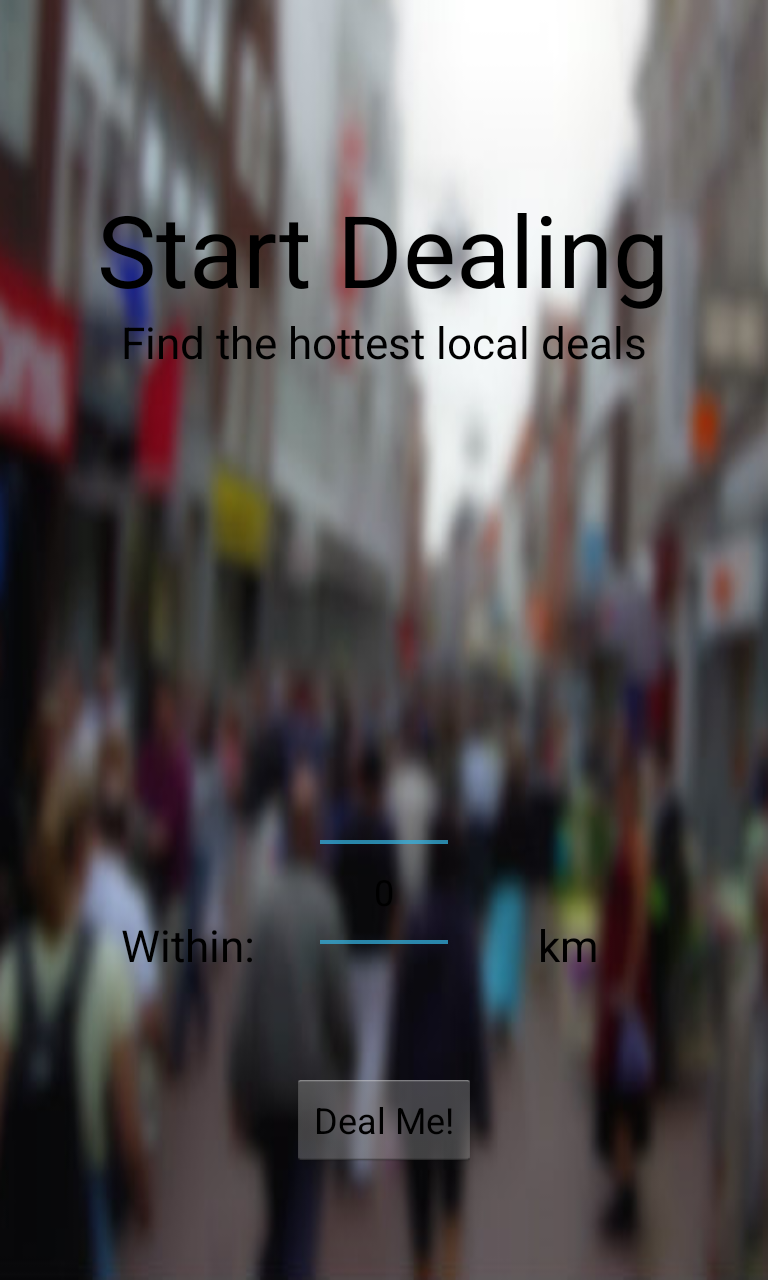
Repository: vmathur/mchacks
Layout: mobile/DealMe/res/layout/activity_main.xml
An editor plug-in stored every save of this project. The layout is shown before and after the next save, followed by the edit.
It is drawn on a 768 x 1280 px phone screen (xhdpi) without system bars, with theme AppTheme; the app's code is not run.

Above is the layout before, as saved 2014-02-23 05:05:21.

### mobile/DealMe/res/layout/activity_main.xml
<RelativeLayout xmlns:android="http://schemas.android.com/apk/res/android"
    xmlns:tools="http://schemas.android.com/tools"
    android:layout_width="match_parent"
    android:layout_height="match_parent"
    android:paddingBottom="@dimen/activity_vertical_margin"
    android:paddingLeft="@dimen/activity_horizontal_margin"
    android:background="@drawable/bg"
    android:paddingRight="@dimen/activity_horizontal_margin"
    android:paddingTop="@dimen/activity_vertical_margin"
    tools:context=".Main" >

    <TextView
        android:id="@+id/textView1"
        android:layout_width="wrap_content"
        android:layout_height="wrap_content"
        android:layout_alignParentTop="true"
        android:layout_centerHorizontal="true"
        android:layout_marginTop="75dp"
        android:text="Start Dealing"
        android:textAppearance="?android:attr/textAppearanceLarge"
        android:textSize="50dp" />

    <TextView
        android:id="@+id/textView1"
        android:layout_width="wrap_content"
        android:layout_height="wrap_content"
        android:layout_alignParentTop="true"
        android:layout_centerHorizontal="true"
        android:layout_marginTop="140dp"
        android:text="Find the hottest local deals"
        android:textAppearance="?android:attr/textAppearanceLarge" />

    <NumberPicker
        android:id="@+id/numberPicker1"
        android:layout_width="wrap_content"
        android:layout_height="wrap_content"
        android:layout_above="@+id/getdeals"
        android:layout_centerHorizontal="true"/>

    <Button
        android:id="@+id/getdeals"
        android:layout_width="wrap_content"
        android:layout_height="wrap_content"
        android:layout_alignParentBottom="true"
        android:layout_centerHorizontal="true"
        android:layout_marginBottom="40dp"
        android:text="Deal Me!" />



    <TextView
        android:id="@+id/TextView01"
        android:layout_width="wrap_content"
        android:layout_height="wrap_content"
        android:layout_alignBottom="@+id/numberPicker1"
        android:layout_alignLeft="@+id/textView1"
        android:layout_marginBottom="49dp"
        android:text="Within: "
        android:textAppearance="?android:attr/textAppearanceLarge" />

    <TextView
        android:id="@+id/TextView02"
        android:layout_width="wrap_content"
        android:layout_height="wrap_content"
        android:layout_alignBaseline="@+id/TextView01"
        android:layout_alignBottom="@+id/TextView01"
        android:layout_alignRight="@+id/textView1"
        android:layout_marginRight="24dp"
        android:text="km"
        android:textAppearance="?android:attr/textAppearanceLarge" />



</RelativeLayout>

Loaded but not shown: mobile/DealMe/res/values/styles.xml (common file); mobile/DealMe/res/values-v11/styles.xml (common file); mobile/DealMe/res/values-v14/styles.xml (common file); mobile/DealMe/res/values/dimens.xml (common file)

After the next save:
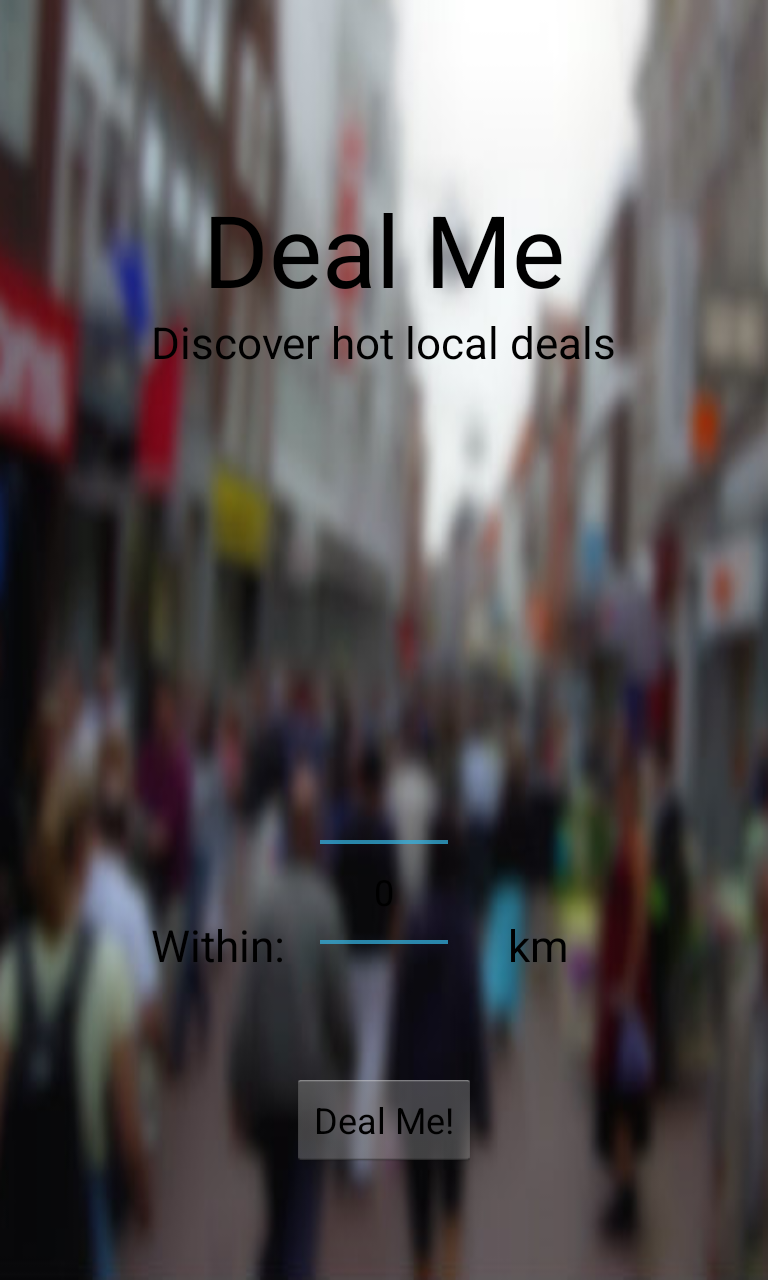
Saved 25 s later.
--- a/mobile/DealMe/res/layout/activity_main.xml
+++ b/mobile/DealMe/res/layout/activity_main.xml
@@ -16,7 +16,7 @@
         android:layout_alignParentTop="true"
         android:layout_centerHorizontal="true"
         android:layout_marginTop="75dp"
-        android:text="Start Dealing"
+        android:text="Deal Me"
         android:textAppearance="?android:attr/textAppearanceLarge"
         android:textSize="50dp" />
 
@@ -27,7 +27,7 @@
         android:layout_alignParentTop="true"
         android:layout_centerHorizontal="true"
         android:layout_marginTop="140dp"
-        android:text="Find the hottest local deals"
+        android:text="Discover hot local deals"
         android:textAppearance="?android:attr/textAppearanceLarge" />
 
     <NumberPicker
